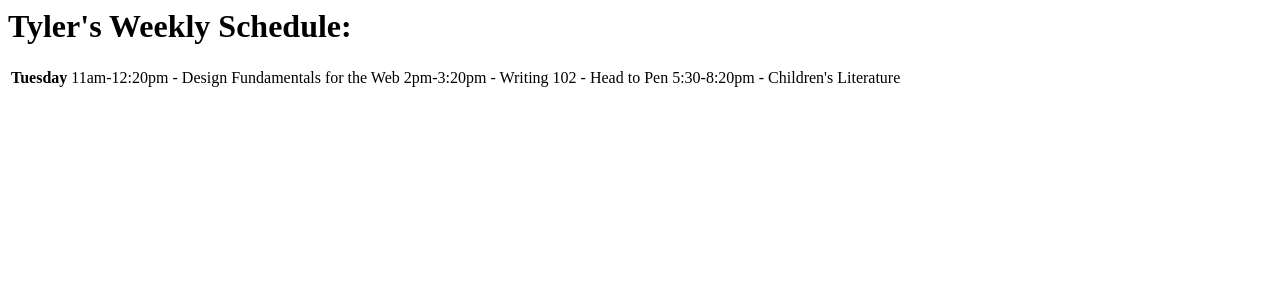
Repository: getzt1/web-design-class
Page: web pages/personal-site/index.html
The author's editor kept a record of every edit. The page is drawn from the files as they stood at one moment, then again after the next edit.
The browser window is 1280 px wide. The pictures show the whole page.

Above is the page before.

### web pages/personal-site/index.html
<html>

<head>
<h1>Tyler's Weekly Schedule:</h1>
</head>

<body>
     <table>
            <th>Tuesday</th>
            <td>11am-12:20pm - Design Fundamentals for the Web</td>
            <td>2pm-3:20pm - Writing 102 - Head to Pen</td>
            <td>5:30-8:20pm - Children's Literature</td>
    </table>

    </body>

After the next edit:
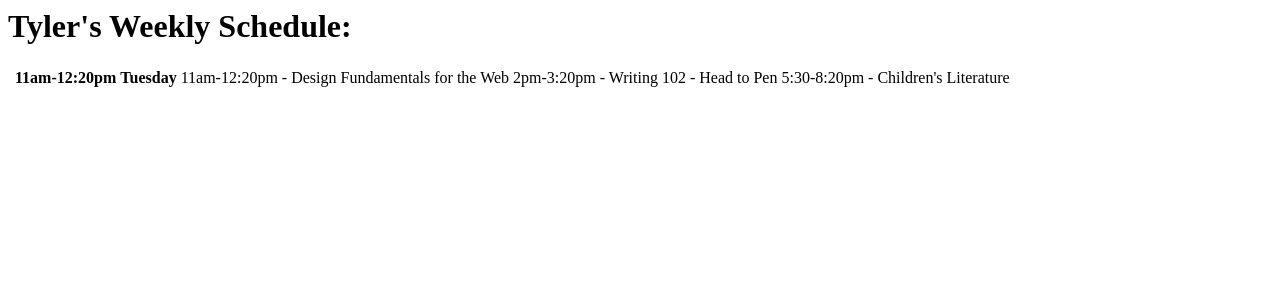
The edit:
--- a/web pages/personal-site/index.html
+++ b/web pages/personal-site/index.html
@@ -6,6 +6,10 @@
 
 <body>
      <table>
+         <tr>
+         <th></th>
+         <th scope="col">11am-12:20pm</th>
+
             <th>Tuesday</th>
             <td>11am-12:20pm - Design Fundamentals for the Web</td>
             <td>2pm-3:20pm - Writing 102 - Head to Pen</td>
